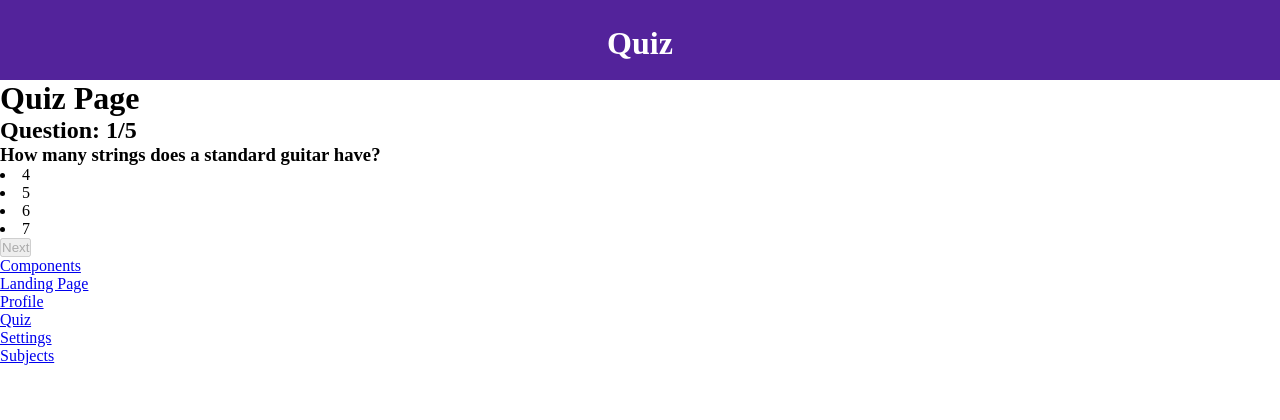
Repository: 1medi/pocketprof
Page: /quiz/page
The author's editor kept a copy of each file at every save. The page is drawn from the files as they stood at one save, then again after the next save.
The browser window is 1280 px wide. The pictures show the whole page.
The project was rebuilt for these pictures with package versions that can differ from the ones it lists, and the page was loaded fresh each time. The framework's server and built-in components were replaced by stand-ins that run in the browser. Also part of the build but not shown: next.config.mjs, Components/Buttons/Oscar/Oscar.module.css, Components/Buttons/Oscar/index.js.

Above is the page before, as saved 2024-04-13 19:48:58.

### pages/quiz/page.jsx
'use client';
import React, { useState, useRef, useEffect } from 'react';
import { quiz } from "../data"
import styles from "./page.module.css"
import { Montserrat } from "next/font/google"
import Header from '@/Components/Header';
import NavBar from "@/Components/Navbar"


const notoSans = Montserrat({
  subsets: ['latin'],
});

export default function Page() {
  const [activeQuestion, setActiveQuestion] = useState(0);
  const [selectedAnswer, setSelectedAnswer] = useState('');
  const [checked, setChecked] = useState(false);
  const [selectedAnswerIndex, setSelectedAnswerIndex] = useState(null);
  const [showResult, setShowResult] = useState(false);
  const [result, setResult] = useState({
    score: 0,
    correctAnswers: 0,
    wrongAnswers: 0,
  });

  const nextButtonRef = useRef(null);

  const { questions } = quiz;
  const { answers, correctAnswer } = questions[activeQuestion];

  const onAnswerSelected = (answer, idx, event = null) => {
    if (event && event.type === 'keydown' && (event.key !== 'Enter' && event.key !== ' ')) {
      return;
    }
    setChecked(true);
    setSelectedAnswerIndex(idx);
    if (answer === correctAnswer) {
      setSelectedAnswer(true);
      console.log('true');
    } else {
      setSelectedAnswer(false);
      console.log('false');
    }
  };


  useEffect(() => {
    if (checked && nextButtonRef.current) {
      nextButtonRef.current.focus();
    }
  }, [checked]);

  const nextQuestion = () => {
    setSelectedAnswerIndex(null);
    setResult((prev) =>
      selectedAnswer
        ? {
            ...prev,
            score: prev.score + 5,
            correctAnswers: prev.correctAnswers + 1,
          }
        : {...prev,
            wrongAnswers: prev.wrongAnswers + 1,
          }
    );
    if (activeQuestion !== questions.length - 1) {
      setActiveQuestion((prev) => prev + 1);
    } else {
      setActiveQuestion(0);
      setShowResult(true);
    }
    setChecked(false);
  };

  return (
    <>
    <Header name="Quiz"/>
      <div className={`${styles.container}`}>
      <h1 className={styles.title}>Quiz Page</h1>
      <div>
        <h2 className={styles.activeQ}>
          Question: {activeQuestion + 1}
          <span>/{questions.length}</span>
        </h2>
      </div>
      <div>
        {!showResult ? (
          <div className={styles.quizContainer}>
            <h3 className={styles.question}>{questions[activeQuestion].question}</h3>
            {answers.map((answer, idx) => (
              <li
                key={idx}
                onClick={() => onAnswerSelected(answer, idx)}
                onKeyDown={(event) => onAnswerSelected(answer, idx, event)}
                className={`${styles.answerList} ${selectedAnswerIndex === idx ? styles.itemSelected : styles.itemHover}`}
                tabIndex={0}>
                <span>{answer}</span>
              </li>
            ))}

            <button
              ref={nextButtonRef}
              onClick={nextQuestion}
              className={checked ? styles.btn : styles.btnDisabled}
              tabIndex={2}
              disabled={!checked}>
              {activeQuestion === questions.length - 1 ? 'Finish' : 'Next'}
            </button>
          </div>
        ) : (
          <div className={styles.quizContainer}>
            <h3 className={styles.hthree}>Results</h3>
            <h3 className={styles.hthree}>Overall {(result.score / (questions.length * 5)) * 100}%</h3>
            <p className={styles.paragraph}>
              Total Questions: <span>{questions.length}</span>
            </p>
            <p className={styles.paragraph}>
              Total Score: <span>{result.score}</span>
            </p>
            <p className={styles.paragraph}>
              Correct Answers: <span>{result.correctAnswers}</span>
            </p>
            <p className={styles.paragraph}>
              Wrong Answers: <span>{result.wrongAnswers}</span>
            </p>
            <button className={styles.btn} onClick={() => window.location.reload()}>Restart</button>
          </div>
        )}
      </div>
    </div>
    <NavBar/>
    </>

  );
};

### pages/api/chat-gpt/route.js
import { NextResponse } from "next/server";

export async function POST(request) {
  return NextResponse.json({
    name: "IT WORKS!!!",
  });
}

### styles/globals.css
:root {
background-color: white;
align-content: center;
--main-color-purple: #53239B;
--main-color-lightpurple: #CCBFED;
--secondary-color-blue: #9AB7F9;
--secondary-color-lightblue: #CCE3FB;

--main-font: "mont", sans-serif;


}


* {
    padding: 0;
    margin: 0;
  }

  ol,
  ul {
    list-style: none;
  }

### pages/data.js
export const quiz = {
    totalQuestions: 5,
    questions: [
      {
        id: 1,
        question: 'How many strings does a standard guitar have?',
        answers: ['4', '5', '6', '7'],
        correctAnswer: '6',
      },
      {
        id: 2,
        question: 'Which part of the guitar do you strum or pluck the strings with?',
        answers: ['Headstock', 'Fretboard', 'Body', 'Bridge'],
        correctAnswer: 'Body',
      },
      {
        id: 3,
        question: 'What is a pick used for in playing the guitar?',
        answers: ['Holding the strings down', 'Strumming or plucking the strings', 'Keeping the guitar in tune', 'San Marino'],
        correctAnswer: 'Strumming or plucking the strings',
      },
      {
        id: 4,
        question: 'What is the name of the thickest string on the guitar?',
        answers: ['A string', 'E string', 'D string', 'G string'],
        correctAnswer: 'E string',
      },
      {
        id: 5,
        question: 'Where do you place your fingers to play different notes on the guitar?',
        answers: ['On the body', 'On the headstock', 'On the strings over the fretboard', 'On the tuning pegs'],
        correctAnswer: 'On the strings over the fretboard',
      },
    ],
  };

### pages/quiz/page.module.css
@media only screen and (max-width:430px) {
  .container{
  padding: 2rem 5rem;
  background: linear-gradient(-10deg, #d9edf7 35%, rgba(237, 202, 216, 0) 50%, var(--main-color-lightpurple)), radial-gradient(circle, #ffcae1 0, #daeafc 100%);
  font-family: "Noto", sans-serif;
  max-width: 740px;
  width: 50%;
  margin: auto;
  margin-top: 5em;
  border-radius: 5px;

}

.title,
.activeQ{
  color: black;
  text-align: center;
  padding:10px;
}

.hthree {
  padding-bottom: 2rem;
  color: #000105;
  font-size: 1.8rem;
}

.btn {
  padding: 16px 8px;
  width: 100%;
  margin-top: 12px;
  font-size: 1rem;
  border-radius: 4px;
  cursor: pointer;
  background-color: var(--main-color-purple);
  color: #f8f8f8;
}

.btnDisabled {
  background-color: lightgray;
  padding: 16px 8px;
  width: 100%;
  margin-top: 12px;
  font-size: 1rem;
  border-radius: 4px;
  color: darkgray;

}

.answerList {
  list-style-type: none;
  cursor: pointer;
  margin: 9px 0;
  padding: 16px 8px;
  color: #000105;
  border: 1px solid lightgray;
}

.itemHover:hover {
  background-color: #CCBFED;
  columns: #fff;
}

.itemSelected {
  color: #fff;
  background-color:#8E71D5;
}

.quizContainer {
  background-color: #f8f8f8;
  padding: 1rem;
  margin-top: 2rem;
  border-radius: 4px;
}

.paragraph {
  padding: 8px 0;
}
}

### Components/Header/index.js
import styles from "@/Components/Header/Header.module.css"
import Link from "next/link"

export default function Header({name}){
  return (
    <>
    <header className={styles.header}>
    <div className={styles.circles}>
      <div className={styles.circleOne}></div>
      <div className={styles.circleTwo}></div>
    </div>
      <h1 className={styles.headerTitle}>{name}</h1>
    </header>
    </>
  )
}

### Components/Navbar/index.js
import styles from "./Navbar.module.css"
import Oscar from "@/Components/Buttons/Oscar"
import Link from "next/link"

export default function NavBar() {
  return (
    <nav className={styles.nav}>
        <div className={styles.navContainer}>
          <ul className={styles.navOptions}>
            <li className={styles.navLink}>
            <Link href={'/Components'} className={styles.navText}>Components </Link>
            </li>
            <li className={styles.navLink}>
            <Link href={'/LandingPage'} className={styles.navText}>Landing Page </Link>
            </li>
            <li className={styles.navLink}>
            <Link href={'/Profile'} className={styles.navText}>Profile </Link>
            </li>
            <li className={styles.navLink}>
            <Link href={'/QuizPage'} className={styles.navText}>Quiz</Link>
            </li>
            <li className={styles.navLink}>
            <Link href={'/Settings'} className={styles.navText}>Settings</Link>
            </li>
            <li className={styles.navLink}>
            <Link href={'/Subjects'} className={styles.navText}>Subjects</Link>
            </li>
          </ul>

        </div>
    </nav>
  )
}

### Components/Header/Header.module.css
.header{
  background-color: var(--main-color-purple);
  width: 100%;
  max-height: 400;
  height: 5em;
}

.headerTitle{
  text-align: center;
  margin:auto;
  display: flex;
  justify-content: center;
  color: white;
  padding-top: 25px;
}

### Components/Navbar/Navbar.module.css
@media only screen and (max-width:430px) {
  .nav {
  position: fixed;
  bottom: 0;
  left: 0;
  width: 100%;
  display: flex;
  flex-direction: row;
  background-color:var(--main-color-lightpurple);
  justify-content: space-around;
}

.navContainer{
  position: relative;
  justify-content: space-around;
  width: 100%;
}
.buttonContainer{
  padding:10px;

}

.navOptions{
  display: flex;
  flex-direction: row;
  text-align: center;
  justify-content: space-around;
  padding: 10px;
  text-decoration: none;
}

.navLink{
  padding: 10px;
  border-radius: 10px;
  text-decoration: none;
  list-style: none;
  position: relative;
  justify-content: center;
}

.image:hover{
  background-color: #8b82a4;
}

.navText{
  text-decoration: none;
  list-style: none;
  color:black;
}

.navText:visited{
  text-decoration: none;
  list-style: none;
  color: black;
}
}

Loaded but not shown: pages/_app.js (common file); pages/_document.js (common file); pages/api/hello.js (common file); pages/api/askOscar.js (no copy from this time; the picture is the same without it); pages/api/chat.js (no copy from this time; the picture is the same without it); pages/api/image.js (no copy from this time; the picture is the same without it)

After the next save:
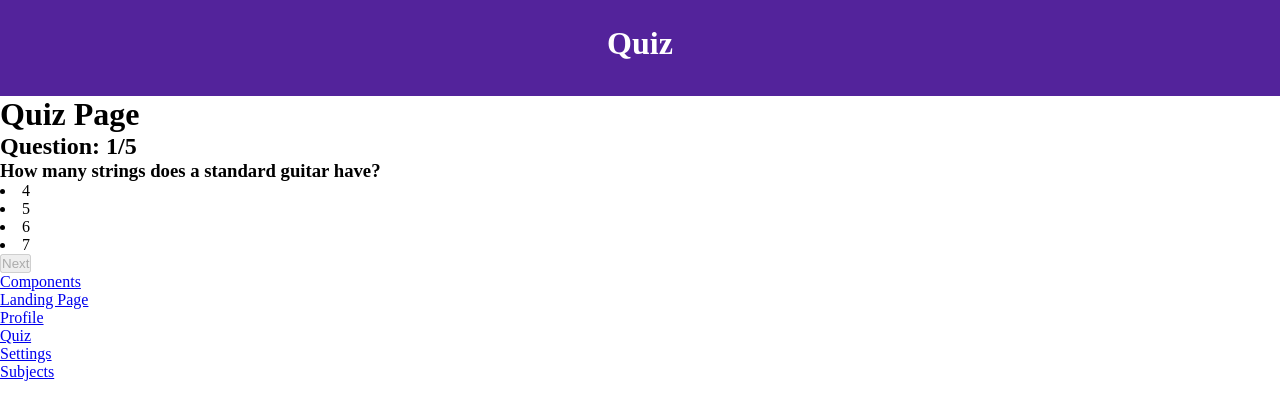
Saved 7 s later.
--- a/Components/Header/Header.module.css
+++ b/Components/Header/Header.module.css
@@ -2,7 +2,7 @@
   background-color: var(--main-color-purple);
   width: 100%;
   max-height: 400;
-  height: 5em;
+  height: 6em;
 }
 
 .headerTitle{
